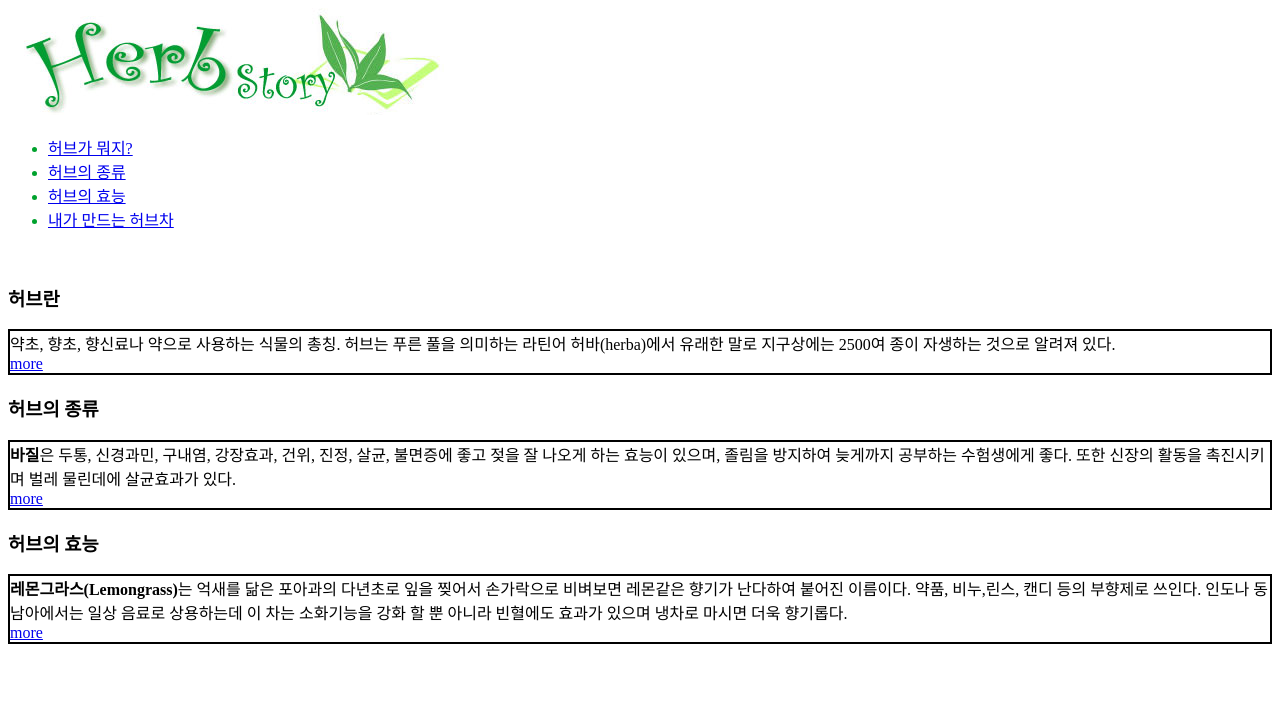
Repository: gus-123/Edu_KCC_HTML
Page: CSS/WebContent/menu.htm
An editor plug-in stored every save of this project. The page is shown before and after the next save, followed by the edit.
The browser window is 1280 px wide. The pictures show the whole page.

Above is the page before, as saved 2024-07-09 06:30:16.

### CSS/WebContent/menu.htm
<!DOCTYPE HTML PUBLIC "-//W3C//DTD HTML 4.01//EN" "http://www.w3.org/TR/html4/strict.dtd">
<html>
<head>
<meta http-equiv="Content-Type" content="text/html; charset=UTF-8">
<title>Herb Story</title>
<style type="text/css">
ul {
	color: #00a22d;
}

.box {
	border: 2px solid;
	border-bottom-color: black;
}

p {
	padding: 10, 10, 10, 10
}
</style>
</head>
<body>
	<a href="index_hor6.htm"><img src="images/herblogo.jpg" border="0"></a>
	<ul id="pipe">
		<li class="first"><a href="#">허브가 뭐지?</a></li>
		<li><a href="#">허브의 종류</a></li>
		<li><a href="#">허브의 효능</a></li>
		<li><a href="#">내가 만드는 허브차</a></li>
	</ul>
	<br>
	<h3>허브란</h3>
	<p class="box">
		약초, 향초, 향신료나 약으로 사용하는 식물의 총칭. 허브는 푸른 풀을 의미하는 라틴어 허바(herba)에서 유래한 말로
		지구상에는 2500여 종이 자생하는 것으로 알려져 있다.<br> <span class="more"><a
			href="#">more</a></span>
	</p>
	<h3>허브의 종류</h3>
	<p class="box">
		<strong>바질</strong>은 두통, 신경과민, 구내염, 강장효과, 건위, 진정, 살균, 불면증에 좋고 젖을 잘 나오게
		하는 효능이 있으며, 졸림을 방지하여 늦게까지 공부하는 수험생에게 좋다. 또한 신장의 활동을 촉진시키며 벌레 물린데에
		살균효과가 있다.<br> <span class="more"><a href="#">more</a></span>
	</p>
	<h3>허브의 효능</h3>
	<p class="box">
		<strong>레몬그라스(Lemongrass)</strong>는 억새를 닮은 포아과의 다년초로 잎을 찢어서 손가락으로 비벼보면
		레몬같은 향기가 난다하여 붙어진 이름이다. 약품, 비누,린스, 캔디 등의 부향제로 쓰인다. 인도나 동남아에서는 일상 음료로
		상용하는데 이 차는 소화기능을 강화 할 뿐 아니라 빈혈에도 효과가 있으며 냉차로 마시면 더욱 향기롭다.<br> <span
			class="more"><a href="#">more</a></span>
	</p>
</body>
</html>

After the next save:
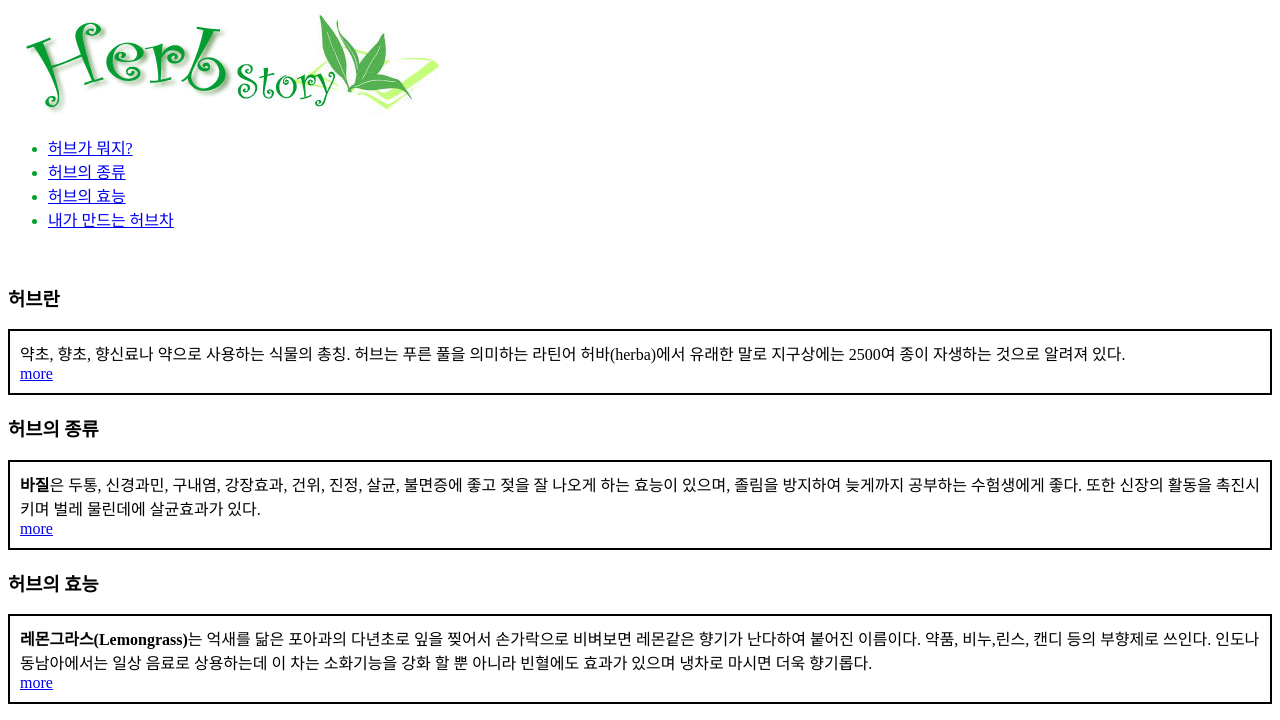
Saved 19 s later.
--- a/CSS/WebContent/menu.htm
+++ b/CSS/WebContent/menu.htm
@@ -14,7 +14,7 @@ ul {
 }
 
 p {
-	padding: 10, 10, 10, 10
+	padding: 10px;
 }
 </style>
 </head>
